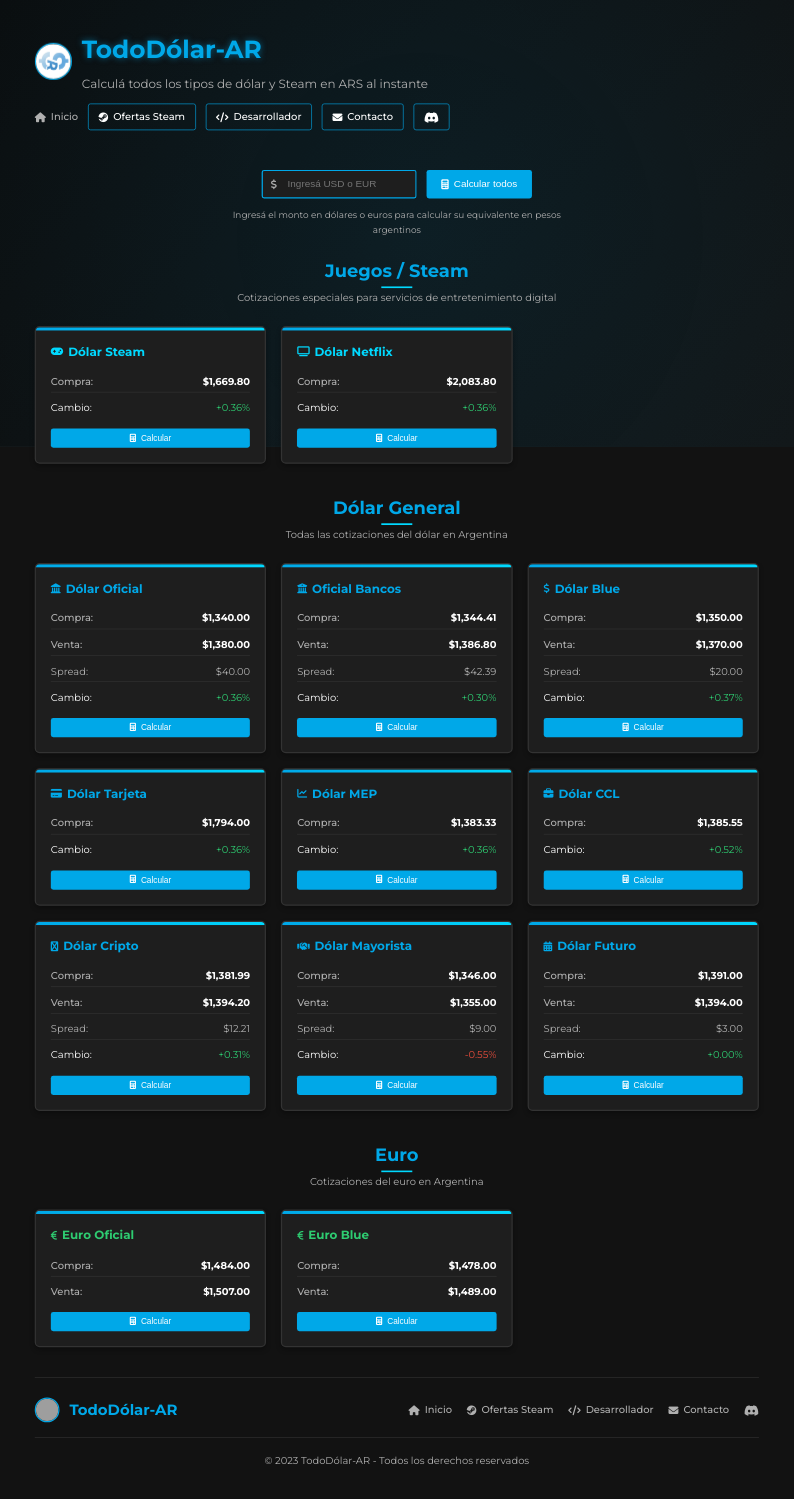
Repository: FabriDevelope/todod-lar-ar
Page: inicio/index.html
These files come from the project's save history. The page is drawn as it stood at one moment and after the next save; the edit follows.
The browser window is 1280 px wide. The pictures show the whole page, at 62% of full size.
Pictures or frames that could not be fetched are drawn as grey boxes.

Above is the page before, as saved 2025-09-06 21:24:26.

After the next save:
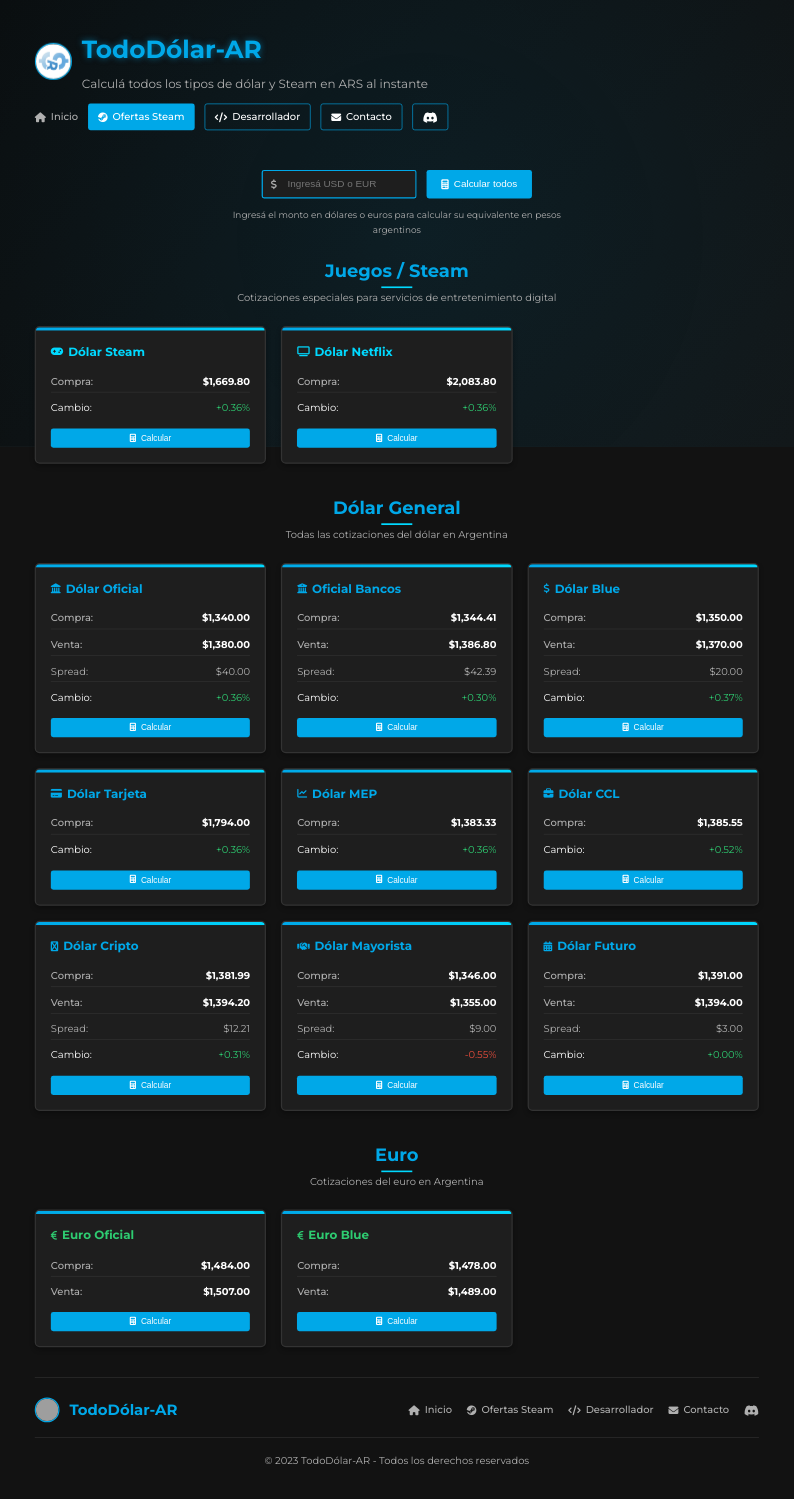
Saved 15 s later.
--- a/inicio/index.html
+++ b/inicio/index.html
@@ -28,7 +28,7 @@
                     <a href="index.html" class="footer-link">
                         <i class="fas fa-home"></i> Inicio
                     </a>
-                    <a href="../ofertas-steam/index.html" target="_blank" class="dev-link">
+                    <a href="../ofertas-steam/index.html" target="_blank" class="steam-btn">
                         <i class="fab fa-steam"></i> Ofertas Steam
                     </a>
                     <a href="../desarrollador/index.html" target="_blank" class="dev-link">
